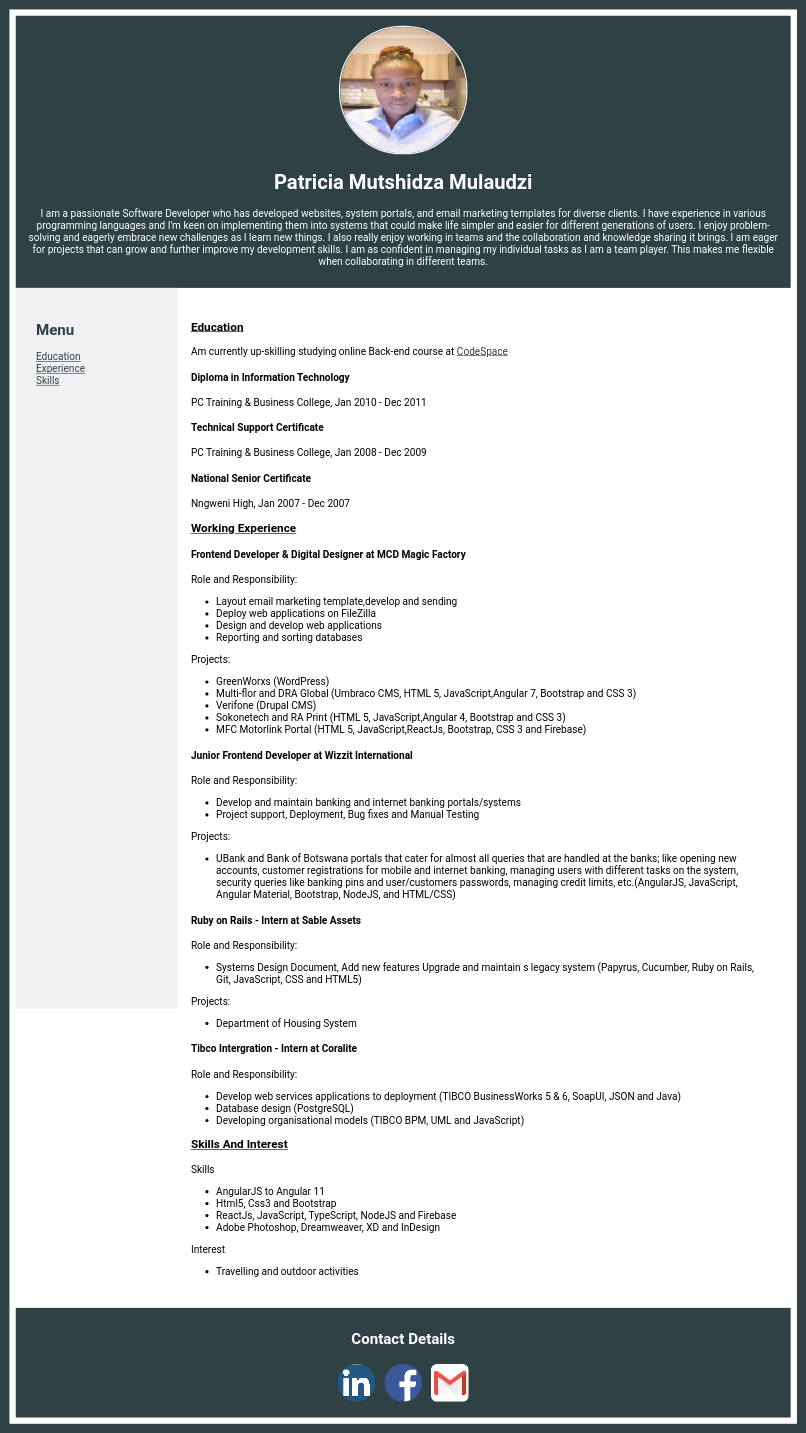
Repository: Patricious/Digital-Resume-01
Page: index.html
These files come from the project's save history. The page is drawn as it stood at one moment and after the next save; the edit follows.
The browser window is 1280 px wide. The pictures show the whole page, at 63% of full size.

Above is the page before, as saved 2021-08-23 11:46:20.

### index.html
<!DOCTYPE html>
<html>

<head>
    <title>Patricia Digital Resume</title>
    <meta charset="utf-8">
    <meta name="viewport" content="width=device-width, initial-scale=1">
    <link rel="stylesheet" type="text/css" href="css/stylesheet.css">
</head>

<body scroll="yes">

    <header>
        <img src="img/IMG_20200502_085519.jpg" alt="profile" width="200" height="200" class="profile" />
        <h1>Patricia Mutshidza Mulaudzi</h1>
        <p>I am a passionate Software Developer who has developed websites, system portals, and email marketing templates for diverse clients. I have experience in various programming languages and I'm keen on implementing them into systems that could make
            life simpler and easier for different generations of users. I enjoy problem-solving and eagerly embrace new challenges as I learn new things. I also really enjoy working in teams and the collaboration and knowledge sharing it brings. I am
            eager for projects that can grow and further improve my development skills. I am as confident in managing my individual tasks as I am a team player. This makes me flexible when collaborating in different teams.</p>
    </header>
    <section>
        <aside>
            <h2>Menu</h2>
            <ul class="nav">
                <li>
                    <a href="#education">Education</a>
                </li>
                <li>
                    <a href="#experience">Experience</a>
                </li>
                <li>
                    <a href="#skills">Skills</a>
                </li>

            </ul>
        </aside>

        <article>
            <h3 id="education"> <span>Education</span>
            </h3>
            <p> Am currently up-skilling studying online Back-end course at
                <a href="https://www.codespace.co.za/courses/?matchtype=b&device=c&keyword=codespace&adgroupid=81088003381&utm_campaign=8148639553&utm_source=google&utm_medium=cpc&gclid=EAIaIQobChMIkP_7q8bG8gIV1uvtCh0w7A1-EAAYASAAEgL34vD_BwE"> CodeSpace</a>
            </p>

            <h4>Diploma in Information Technology </h4>

            <p>PC Training & Business College, Jan 2010 - Dec 2011</p>
            <h4>Technical Support Certificate </h4>


            <p>PC Training & Business College, Jan 2008 - Dec 2009</p>

            <h4>National Senior Certificate</h4>


            <p>Nngweni High, Jan 2007 - Dec 2007</p>


            <h3 id="experience"> Working Experience</h3>
            <h4>Frontend Developer & Digital Designer at MCD Magic Factory
            </h4>
            <p>Role and Responsibility:</p>
            <ul>
                <li>Layout email marketing template,develop and sending</li>
                <li> Deploy web applications on FileZilla</li>
                <li>Design and develop web applications</li>
                <li>Reporting and sorting databases</li>
            </ul>
            <p>Projects:</p>
            <ul>
                <li>GreenWorxs (WordPress)</li>
                <li>Multi-flor and DRA Global (Umbraco CMS, HTML 5, JavaScript,Angular 7, Bootstrap and CSS 3)</li>
                <li>Verifone (Drupal CMS)</li>
                <li>Sokonetech and RA Print (HTML 5, JavaScript,Angular 4, Bootstrap and CSS 3)</li>
                <li>MFC Motorlink Portal (HTML 5, JavaScript,ReactJs, Bootstrap, CSS 3 and Firebase)</li>
            </ul>

            <h4>Junior Frontend Developer at Wizzit International
            </h4>
            <p>Role and Responsibility:</p>
            <ul>
                <li>Develop and maintain banking and internet banking portals/systems</li>
                <li>Project support, Deployment, Bug fixes and Manual Testing</li>

            </ul>
            <p>Projects:</p>
            <ul>
                <li>UBank and Bank of Botswana portals that cater for almost all queries that are handled at the banks; like opening new accounts, customer registrations for mobile and internet banking, managing users with different tasks on the system, security
                    queries like banking pins and user/customers passwords, managing credit limits, etc.(AngularJS, JavaScript, Angular Material, Bootstrap, NodeJS, and HTML/CSS)</li>
            </ul>

            <h4>Ruby on Rails - Intern at Sable Assets
            </h4>
            <p>Role and Responsibility:</p>
            <ul>
                <li>Systems Design Document, Add new features Upgrade and maintain s legacy system (Papyrus, Cucumber, Ruby on Rails, Git, JavaScript, CSS and HTML5)</li>

            </ul>
            <p>Projects:</p>
            <ul>
                <li>Department of Housing System</li>
            </ul>

            <h4>Tibco Intergration - Intern at Coralite
            </h4>
            <p>Role and Responsibility:</p>
            <ul>
                <li>Develop web services applications to deployment (TIBCO BusinessWorks 5 & 6, SoapUI, JSON and Java)
                </li>
                <li>Database design (PostgreSQL)</li>
                <li>Developing organisational models (TIBCO BPM, UML and JavaScript)</li>
            </ul>


            <h3 id="skills">Skills And Interest</h3>
            <p>Skills</p>
            <ul>
                <li>AngularJS to Angular 11</li>
                <li>Html5, Css3 and Bootstrap</li>
                <li>ReactJs, JavaScript, TypeScript, NodeJS and Firebase</li>
                <li>Adobe Photoshop, Dreamweaver, XD and InDesign</li>
            </ul>
            <p>Interest </p>
            <ul>
                <li>Travelling and outdoor activities</li>
            </ul>
        </article>
    </section>


    <footer>
        <h2>Contact Details</h2>
        <a href="https://www.linkedin.com/in/patricia-mulaudzi-93b526101/" target="_blank"><img src="img/in.png" alt="LinkedIN" class="circle"></a>
        <a href="https://www.facebook.com/patricia.mulaudzi.1/" target="_blank"><img src="img/fb.png" alt="Facebook" class="circle"></a>
        <a href="mailto:mulaudzi689@gmail.com"><img src="img/gm.png" alt="Gmail" class="rounded"></a>
    </footer>
</body>

</html>

### css/stylesheet.css
    body {
        font-family: 'Roboto', sans-serif;
        font-size: 100%;
        background-color: #ffffff;
        margin: 10px;
        overflow-y: scroll;
    }

    html {
        border: 15px solid #304145;
    }

    header {
        text-align: center;
        background-color: #304145;
        color: #ffffff;
        padding: 1em;
    }

    aside {
        background-color: #F1F1F3;
        color: #304145;
        width: 15%;
        padding: 2em;
        height: 150%;
        float: left;
        position: absolute;
        flex: 0 0 auto;
    }

    h3 {
        text-decoration: underline;
    }

    article {
        padding: 2em;
        margin-left: 20%;
    }

    .profile {
        border-radius: 100px;
        border: 2px solid #F1F1F3;
    }

    .circle {
        border-radius: 100px;
        padding: 5px;
    }

    .rounded {
        border-radius: 15px;
        padding: 5px;
    }

    .nav {
        list-style-type: none;
        margin: 0;
        padding: 0;
    }

    a {
        color: #304145;
    }

    footer {
        background-color: #304145;
        text-align: center;
        color: #ffffff;
        padding: 1em;
    }

After the next save:
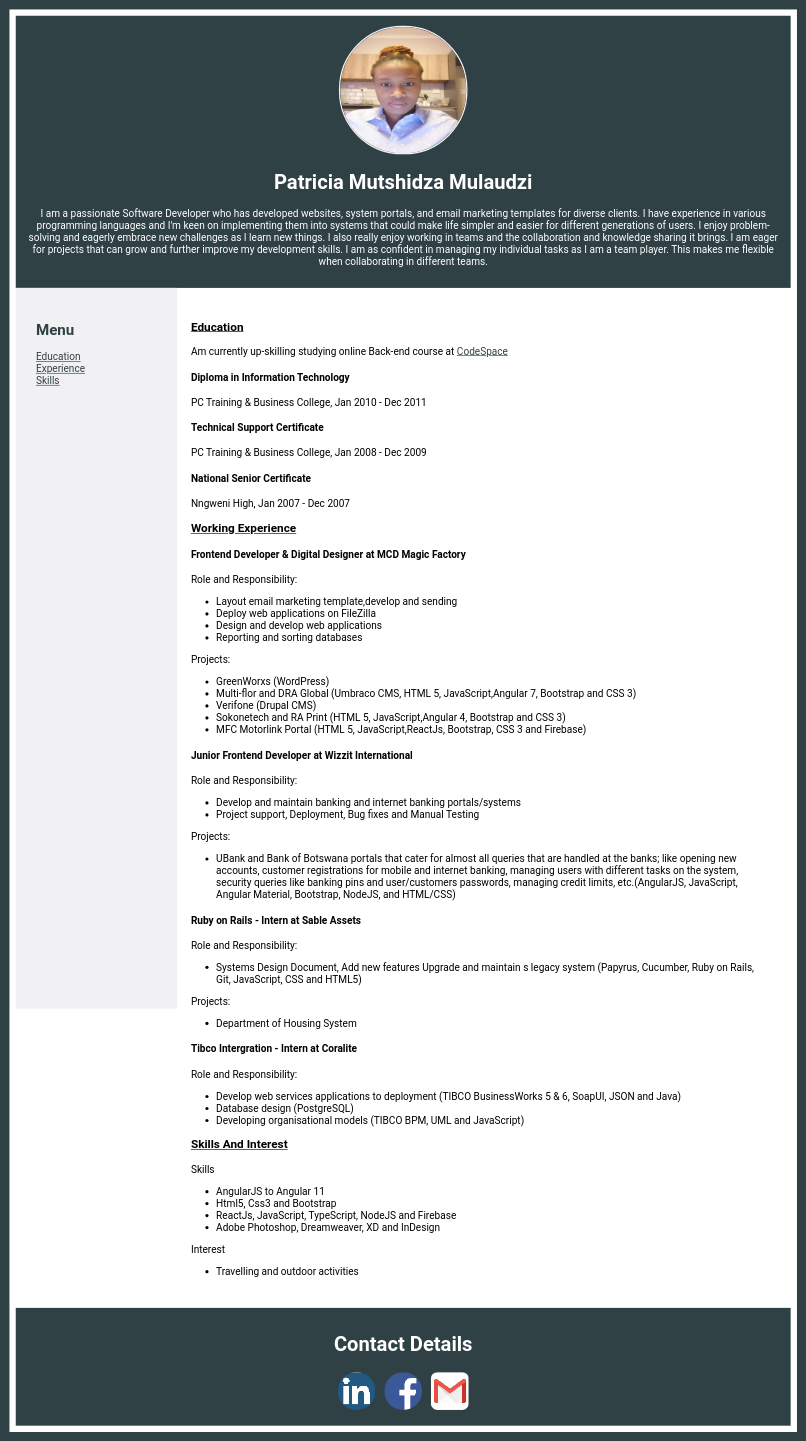
Saved 15 s later.
--- a/index.html
+++ b/index.html
@@ -128,7 +128,7 @@
 
 
     <footer>
-        <h2>Contact Details</h2>
+        <h1>Contact Details</h1>
         <a href="https://www.linkedin.com/in/patricia-mulaudzi-93b526101/" target="_blank"><img src="img/in.png" alt="LinkedIN" class="circle"></a>
         <a href="https://www.facebook.com/patricia.mulaudzi.1/" target="_blank"><img src="img/fb.png" alt="Facebook" class="circle"></a>
         <a href="mailto:mulaudzi689@gmail.com"><img src="img/gm.png" alt="Gmail" class="rounded"></a>
